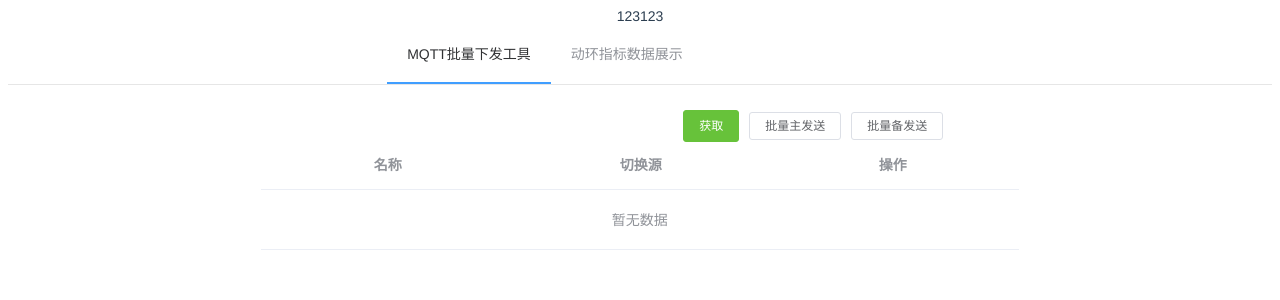
Repository: faintout/BHMQTTSendTool
Page: /
These files come from the project's save history. The page is drawn as it stood at one moment and after the next save; the edit follows.
The browser window is 1280 px wide. The pictures show the whole page.
The project was rebuilt for these pictures with package versions that can differ from the ones it lists, and the page was loaded fresh each time. Also part of the build but not shown: vue.config.js, src/views/MovingInfoShow.vue.

Above is the page before, as saved 2020-09-03 15:35:31.

### public/index.html
<!DOCTYPE html>
<html lang="en">
  <head>
    <meta charset="utf-8">
    <meta http-equiv="X-UA-Compatible" content="IE=edge">
    <meta name="viewport" content="width=device-width,initial-scale=1.0">
    <link rel="stylesheet" href="">
    <title></title>
  </head>
  <body>
    <div id="app">

    </div>
    <!-- built files will be auto injected -->
  </body>
</html>

### src/main.js
import Vue from 'vue'
import App from './App.vue'
import router from './router'
import $ from 'jquery'
import ElementUi from 'element-ui'
import 'element-ui/lib/theme-chalk/index.css'
import 'element-ui/lib/theme-chalk/reset.css'

Vue.config.productionTip = false
Vue.use(ElementUi)
new Vue({
  router,
  render: h => h(App)
}).$mount('#app')

### src/router/index.js
import Vue from "vue";
import VueRouter from "vue-router";
import MqttSendTool from "../views/MqttSendTool.vue";
import MovingInfoShow from "../views/MovingInfoShow.vue";
import layout from "../views/layout.vue";

Vue.use(VueRouter);

const routes = [
  {
    path: "/",
    name: "layout",
    component: layout,
    children: [
      {
        path: "/",
        name: "MqttSendTool",
        component: MqttSendTool,
      },
      {
        path: "/MovingInfoShow",
        name: "MovingInfoShow",
        component: MovingInfoShow,
      },
    ],
  },
];

const router = new VueRouter({
  routes,
});

export default router;

### src/views/MqttSendTool.vue
<template>
    <div class="content">
        <title></title>
        <!-- 按钮模块 -->
        <div  class="content_title">
            <!-- <el-input style="display:inline-block;width:20%;right: 5%;" size="small" v-model="localIP"></el-input> -->
            <el-button type="success" size="small" @click="getAllMqttData">获取</el-button>
            <el-button size="mini" @click="batch(0)">批量主发送</el-button>
            <el-button size="mini" @click="batch(1)">批量备发送</el-button>
            <!-- <el-button type="success" size="small" @click="sendData()">发送</el-button> -->
        </div>
        <el-table v-loading="tableLoading" :data="tableData" class="el_table">
            >
            <el-table-column prop="name" label="名称" align='center'>
            </el-table-column>
            <el-table-column label="切换源" align='center'>
                <template slot-scope="scope">
                    <el-radio-group v-model="scope.row.switchStatus">
                        <el-radio :label="0" @click="scope.row.switchStatus = 0">主</el-radio>
                        <el-radio :label="1" @click="scope.row.switchStatus = 1">备</el-radio>
                    </el-radio-group>
                </template>
            </el-table-column>
            <el-table-column label="操作" align='center'>
                <template slot-scope="scope">
                    <el-button type="success" size="small" @click="changeData(scope.row)">编辑</el-button>
                    <el-button type="success" size="small" @click="sendData(scope.row)">发送</el-button>
                </template>
            </el-table-column>
        </el-table>
        <!-- 弹框 -->
        <el-dialog title="编辑" :visible.sync="dialogVisible" width="30%"  :close-on-click-modal = false>
            <el-input type="textarea" :rows="25" class="el_input" v-model="editTable"></el-input>
            <span slot="footer" class="dialog-footer">
                <el-button @click="dialogVisible = false">取 消</el-button>
                <el-button type="primary" @click="saveEdit">确 定</el-button>
            </span>
        </el-dialog>

    </div>
</template>

<script>
    //设置本地储存方法
    window.local = (key, value) => {
        return value ? localStorage.setItem(key, value) : localStorage.getItem(key)
    }
    export default {
        components: {},
        data() {
            return {
                dialogVisible: false,
                //本地IP
                localIP: '',
                //表格框加载
                tableLoading: false,
                tableData: [],
                editTable: '',
                editId: '',
                editswitchStatus: ''

            }
        },
        watch: {
            localIP(n, o) {
                local('localIP', n)
            }
        },
        computed: {

        },
        methods: {
            saveEdit() {
                this.dialogVisible = false
                let indicatorValue = this.editTable
                //保存
                console.log("修改名称", this.editList);
                let deviceId = this.editId
                let switchStatus = this.editswitchStatus
                let parmas = { indicatorValue, deviceId, switchStatus }
                $.ajax({
                    type: 'POST',
                    url: 'http://' + this.localIP + '/testData/setIndicatorValue',
                    data: parmas,
                    success: (data) => {
                        data.success && this.$message({type:'success',message:'数据修改成功！',duration:1000, offset:100})
                    },
                    error: () => {
                        this.$message({type:'error',message:'数据获取失败，请检查IP地址！',duration:3000,offset:100})
                    }
                })
            },
            changeData(value) {
                console.log(value);
                this.dialogVisible = true
                if (!value.switchStatus) {
                    //等于一
                    this.editTable = this.getFormatData(JSON.stringify(value.masterData))
                } else {
                    this.editTable = this.getFormatData(JSON.stringify(value.slaveData))
                }
                this.editId = value.id
                this.editswitchStatus = value.switchStatus
            },
            //获取所有数据
            getAllMqttData() {
                $.ajax({
                    type: 'POST',
                    url: 'http://' + this.localIP + '/testData/getDeviceListData',
                    success: (data) => {
                        if (data.data == []) {
                            this.$message({type:'error',message:'获取数据为空！请确认数据是否存在',duration:3000,offset:100})
                            return
                        }
                        this.tableData = data.data
                        data.success && this.$message({type:'success',message:'数据获取成功！',duration:1000,offset:100})
                    },
                    error: () => {
                        this.$message({type:'error',message:'数据获取失败，请检查IP地址！',duration:3000,offset:100})
                    }
                })
            },
            //数据处理
            dataProcessing() {

            },
            //批量设置
            /**
             * @type 0 主 1 备
             * @Date 2020-08-26 14:13:24
             */
            batch(type) {
                this.tableData.forEach(item => {
                    item.switchStatus = type ? 1 : 0
                })
                this.sendData()
            },
            //发送数据
            sendData(value) {
                this.tableLoading = true
                let data = value ? value : this.tableData
                console.log(data);
                let params = {
                    deviceIds: ''
                }
                if (data.length > 1) {
                    data.map(item => {
                        params.deviceIds += item.id + ','
                    })
                    params.deviceIds = params.deviceIds.substr(0, params.deviceIds.length - 1)
                    params.switchStatus = data[0].switchStatus
                } else {
                    params.deviceIds = data.id
                    params.switchStatus = data.switchStatus
                }
                console.log(params);
                // return
                $.ajax({
                    type: "POST",
                    url: 'http://' + this.localIP + '/testData/applySwitch',
                    data: params,
                    success: (data) => {
                        data.success && this.$message({type:'success',message:'数据发送成功！',duration:1000,offset:100})
                        this.tableLoading = false
                    },
                    error: () => {

                    }
                })
                this.getAllMqttData()
            },
            //读取本地localIP
            getLocalIP() {
                this.localIP = local('localIP') != null ? local('localIP') : '172.17.35.23:24699'
                local('localIP') == null && local('localIP', '172.17.35.23:24699')
            },

            //方法
            repeat(s, count) {
                return new Array(count + 1).join(s)
            },
            formatJson(json) {
                var i = 0,
                    il = 0,
                    tab = "    ",
                    newJson = "",
                    indentLevel = 0,
                    inString = false,
                    currentChar = null;
                for (i = 0, il = json.length; i < il; i += 1) {
                    currentChar = json.charAt(i);
                    switch (currentChar) {
                        case '{':
                        case '[':
                            if (!inString) {
                                newJson += currentChar + "\n" + this.repeat(tab, indentLevel + 1);
                                indentLevel += 1
                            } else {
                                newJson += currentChar
                            }
                            break;
                        case '}':
                        case ']':
                            if (!inString) {
                                indentLevel -= 1;
                                newJson += "\n" + this.repeat(tab, indentLevel) + currentChar
                            } else {
                                newJson += currentChar
                            }
                            break;
                        case ',':
                            if (!inString) {
                                newJson += ",\n" + this.repeat(tab, indentLevel)
                            } else {
                                newJson += currentChar
                            }
                            break;
                        case ':':
                            if (!inString) {
                                newJson += ": "
                            } else {
                                newJson += currentChar
                            }
                            break;
                        case ' ':
                        case "\n":
                        case "\t":
                            if (inString) {
                                newJson += currentChar
                            }
                            break;
                        case '"':
                            if (i > 0 && json.charAt(i - 1) !== '\\') {
                                inString = !inString
                            }
                            newJson += currentChar;
                            break;
                        default:
                            newJson += currentChar;
                            break
                    }
                }
                return newJson
            },
            getFormatData(json) {
                var json = json + "";
                if (json.indexOf('{') == -1 && json.indexOf('[') == -1) {
                    return json;
                } else {
                    return (this.formatJson(json));
                }
            }

        },
        mounted() {
            console.log(local('localIP'), window);
            //读取本地IP
            this.getLocalIP()
            this.getAllMqttData()

        },
        created() {

        },
    }
</script>
<style lang="less" scoped>
    .content {
        width: 60%;
        margin: 2% auto;
        margin-bottom: 0;
    }

    .el_table {
        width: 100%;
        position: relative;

    }
    .content_title{
        text-align: right;
        margin-right: 10%;
    }
    /deep/.el-message{
        top: 50px !important;
    }

    input {
        height: 20rem;
    }
</style>

### src/views/layout.vue
<template>
    <div>
        <header-info></header-info>
        <!-- <mqtt-send-tool v-if='activeIndex==1'></mqtt-send-tool>
        <moving-info-show v-if='activeIndex==2'></moving-info-show> -->
        <router-view></router-view>
    </div>
</template>

<script>
import headerInfo from './header.vue'
    export default {
        components: {
           headerInfo
        },
        data() {
            return {
            }
        },
        watch: {},
        computed: {},
        methods: {},
        mounted() {},
        created() {},
    }
</script>
<style lang="less" scoped>
</style>

### src/views/header.vue
<template>
    <div>123123
        <el-menu :default-active="activeIndex" class="el-menu-demo" mode="horizontal" @select="handleSelect">
            <!-- <el-menu-item index="1">处理中心</el-menu-item> -->
            <el-menu-item index="1">MQTT批量下发工具</el-menu-item>
            <el-menu-item index="2">动环指标数据展示</el-menu-item>
        </el-menu>
    </div>
</template>

<script>
    export default {
        components: {
        },
        data() {
            return {
                activeIndex: '1',
            }
        },
        watch: {},
        computed: {},
        methods: {
            handleSelect(key, keyPath) {
                this.activeIndex = key
            }
        },
        mounted() {},
        created() {},
    }
</script>
<style lang="less" scoped>
    .el-menu-demo {
        padding-left: 30%;
    }
</style>

Loaded but not shown: src/App.vue (common file)

After the next save:
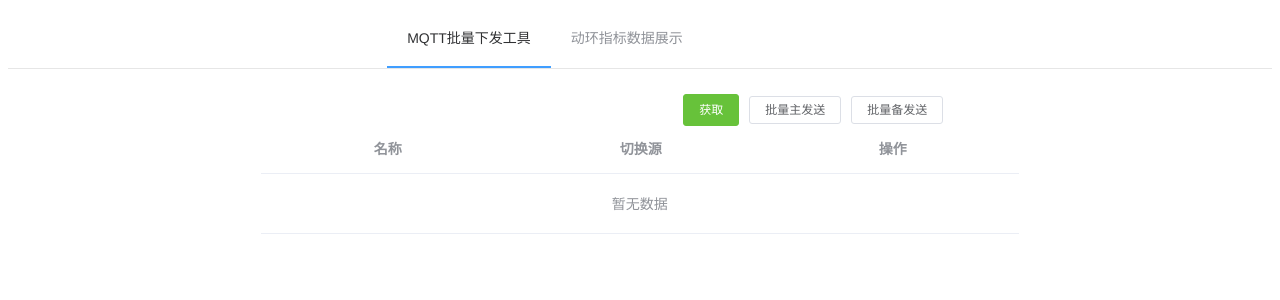
Saved 5 s later.
--- a/src/views/header.vue
+++ b/src/views/header.vue
@@ -1,5 +1,5 @@
 <template>
-    <div>123123
+    <div>
         <el-menu :default-active="activeIndex" class="el-menu-demo" mode="horizontal" @select="handleSelect">
             <!-- <el-menu-item index="1">处理中心</el-menu-item> -->
             <el-menu-item index="1">MQTT批量下发工具</el-menu-item>
